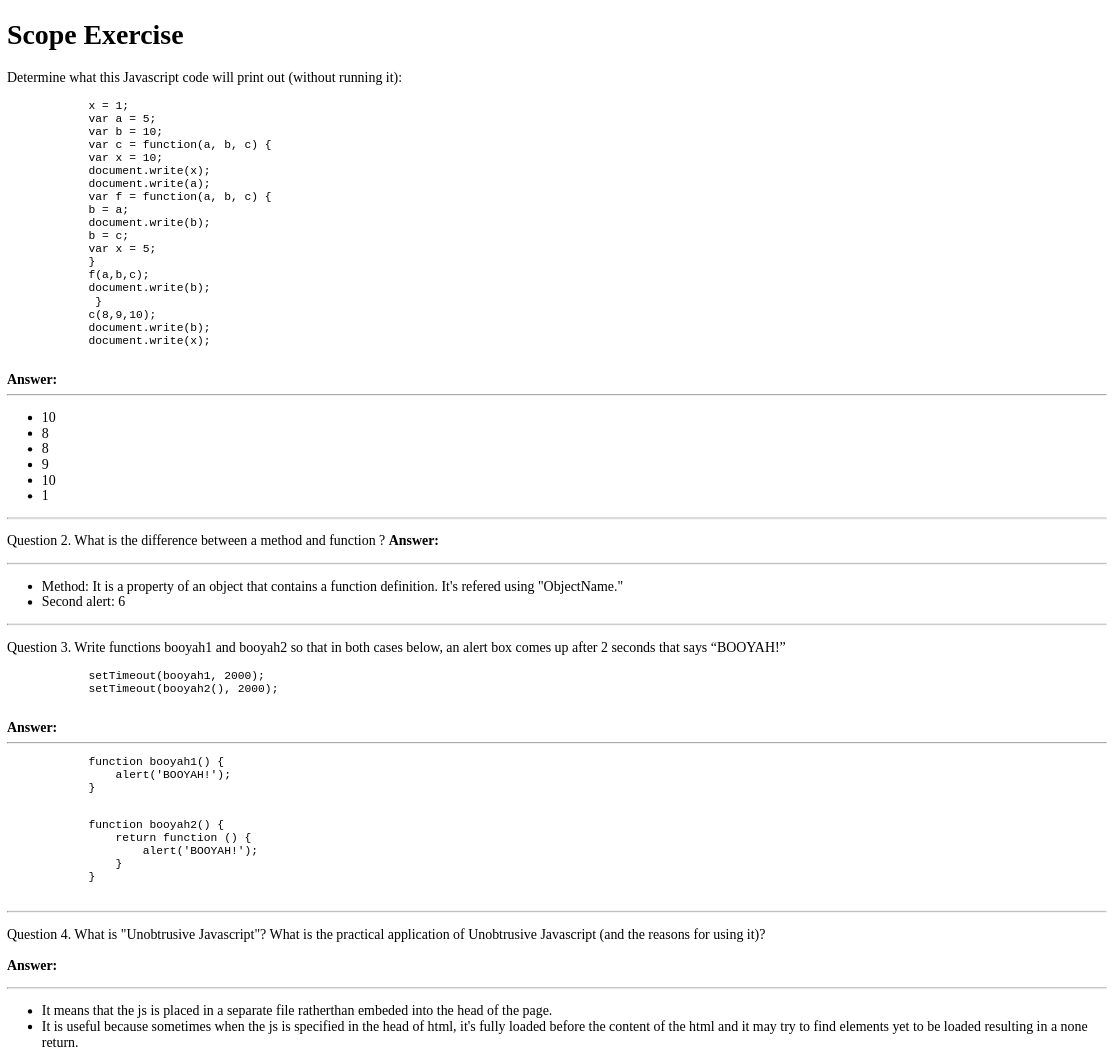
Repository: bethelbahiru/WAP
Page: Homework3/scope.html
The author's editor kept a copy of each file at every save. The page is drawn from the files as they stood at one save, then again after a run of saves.
The browser window is 1280 px wide. The pictures show the whole page, at 87% of full size.

Above is the page before, as saved 2022-01-18 15:51:46.

### Homework3/scope.html
<!DOCTYPE html>
<html lang="en">
<head>
    <meta charset="UTF-8">
    <meta http-equiv="X-UA-Compatible" content="IE=edge">
    <meta name="viewport" content="width=device-width, initial-scale=1.0">
    <title>Scope Exercise</title>
</head>
<body>
    <h1><strong>Scope Exercise</strong></h1>
    <p> Determine what this Javascript code will print out (without running it):
        <pre>
            x = 1;
            var a = 5;
            var b = 10;
            var c = function(a, b, c) {
            var x = 10;
            document.write(x);
            document.write(a);
            var f = function(a, b, c) {
            b = a;
            document.write(b);
            b = c;
            var x = 5;
            }
            f(a,b,c);
            document.write(b);
             }
            c(8,9,10);
            document.write(b);
            document.write(x);
        </pre>

        <strong>Answer:</strong>
        <hr>
        <ul>
            <li>10</li>
            <li>8</li>
            <li>8</li>
            <li>9</li>
            <li>10</li>
            <li>1</li>
        </ul>
    </p>
    <hr>
    <p>Question 2.  What is the difference between a method and function ?

        <strong>Answer:</strong>
        <hr>
        <ul>
            <li>Method: It is a property of an object that contains a function definition. It's refered using "ObjectName."</li>
            <li>Second alert: 6</li>
        </ul>
    </p>
    <hr>
    <p>Question 3. Write functions booyah1 and booyah2 so that in both cases below, an alert box comes up after 2 seconds that
        says “BOOYAH!”
        <pre>
            setTimeout(booyah1, 2000);
            setTimeout(booyah2(), 2000);
        </pre>
        <strong>Answer:</strong>
        <hr>
        <pre>
            function booyah1() {
                alert('BOOYAH!');
            }
        </pre>
        <pre>
            function booyah2() {
                return function () {
                    alert('BOOYAH!');
                }
            }
        </pre>
    </p>
    <hr>
    <p>Question 4. What is "Unobtrusive Javascript"? What is the practical application of Unobtrusive Javascript (and the reasons
        for using it)?
        <br/>
        <br/>
        <strong>Answer:</strong>
        <hr>
        <ul>
            <li>It means that the js is placed in a separate file ratherthan embeded into the head of the page.</li>
            <li>It is useful because sometimes when the js is specified in the head of html, it's fully loaded before the content of the html and it may try to find elements yet to be loaded resulting in a none return.</li>
        </ul>
    </p>

</body>
</html>

After the next 3 saves:
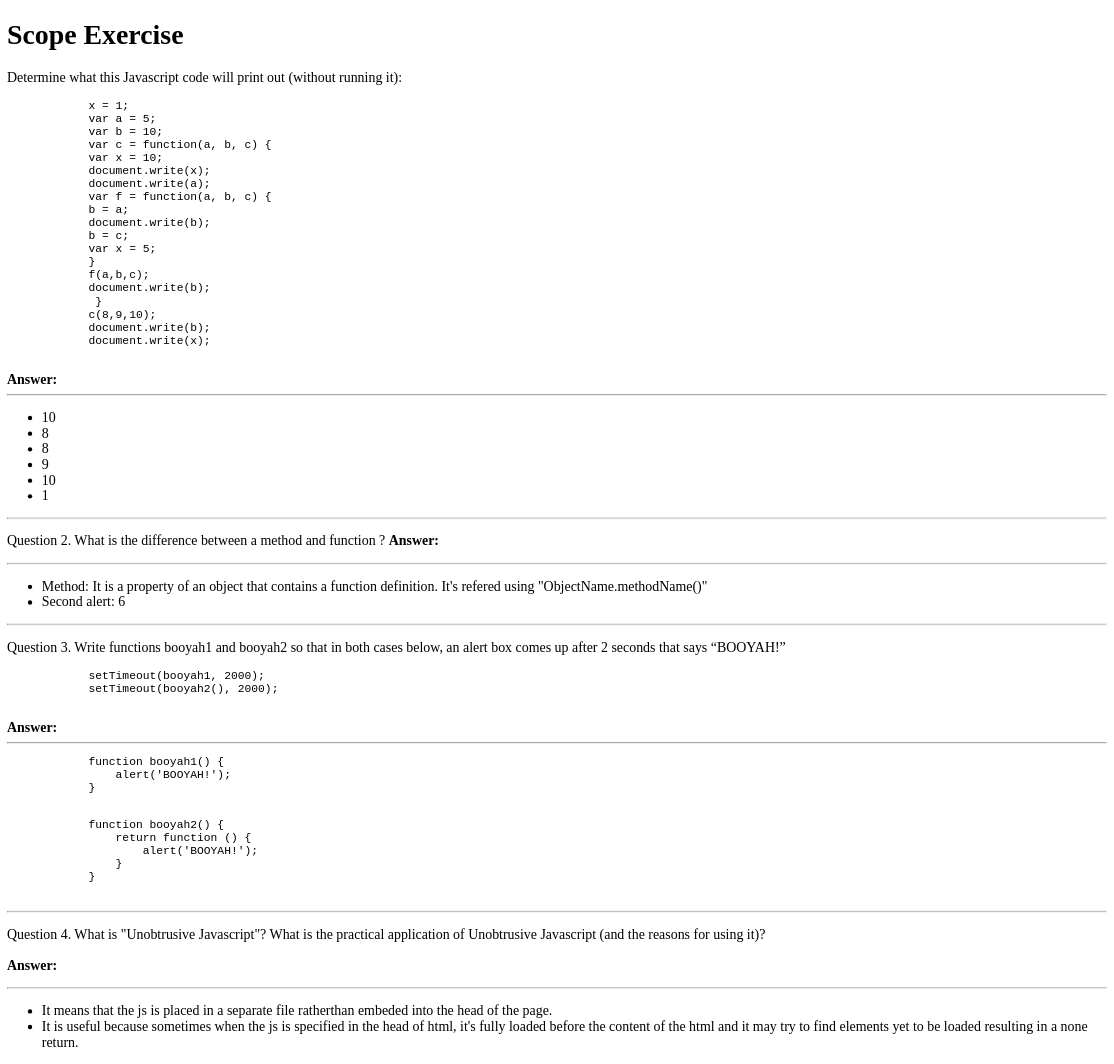
The 3 saves are shown as one change because they came seconds apart.
The last was saved 10 s later.
--- a/Homework3/scope.html
+++ b/Homework3/scope.html
@@ -48,7 +48,7 @@
         <strong>Answer:</strong>
         <hr>
         <ul>
-            <li>Method: It is a property of an object that contains a function definition. It's refered using "ObjectName."</li>
+            <li>Method: It is a property of an object that contains a function definition. It's refered using "ObjectName.methodName()"</li>
             <li>Second alert: 6</li>
         </ul>
     </p>
